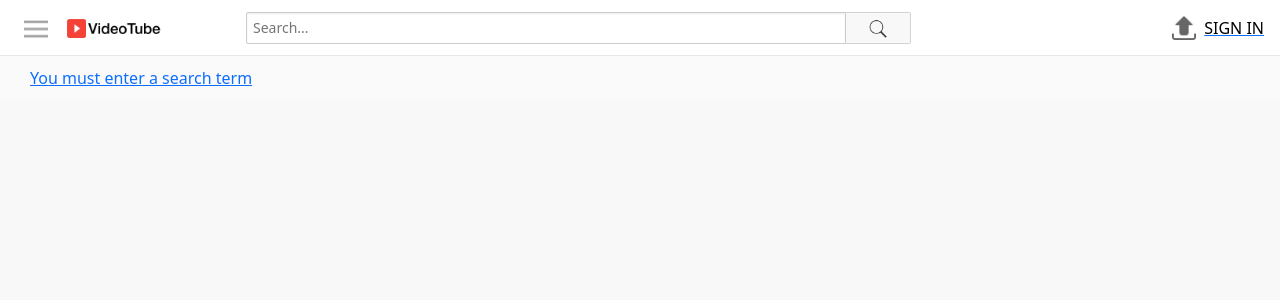
Repository: mohameddtalal/VideoTube
Page: http://localhost/search.php
These files come from the project's save history. The page is drawn as it stood at one moment and after the next save; the edit follows.
The browser window is 1280 px wide. The pictures show the whole page.
The page is run by PHP 8.4 with error messages shown; the project is at /var/www/html/.

Above is the page before, as saved 2026-04-25 18:01:47.

### search.php
<?php
require_once("includes/header.php");
require_once("includes/classes/SearchResultsProvider.php");

if(!isset($_GET["term"]) || $_GET["term"]==""){
    echo "You must enter a search term";
    exit();
}

$term=$_GET["term"];

if(!isset($_GET["orderBy"]) || $_GET["orderBy"]=="views"){
    $orderBy="views";
}
else{
    $orderBy="uploadDate";
}

$searchResultsProvider= new SearchResultsProvider($con ,$userLoggedInObj);
$videos= $searchResultsProvider->getVideos($term,$orderBy);

$videoGrid= new VideoGrid($con ,$userLoggedInObj);
?>

<div class="largeVideoGridContainer">
<?php

if(sizeof($videos)>0){
    echo $videoGrid ->createLarge($videos,sizeof($videos) . " results found" ,true);
}else{
    echo "No results found";
}



?>



</div>


















<?php
require_once("includes/footer.php")
?>

### includes/header.php
<?php require_once("includes/config.php");
require_once("includes/classes/Video.php");
require_once("includes/classes/User.php");
require_once("includes/classes/VideoGrid.php");
require_once("includes/classes/ButtonProvider.php");
require_once("includes/classes/VideoGridItem.php");
require_once("includes/classes/SubscriptionsProvider.php");



$usernameLoggedIn = User::isLoggedIn() ? $_SESSION["userLoggedIn"] : "";
$userLoggedInObj = new User($con, $usernameLoggedIn);


?>

<!DOCTYPE html>
<html>
    <head>
        <title>VideoTube</title>
        <link href="https://cdn.jsdelivr.net/npm/bootstrap@5.3.8/dist/css/bootstrap.min.css" rel="stylesheet" integrity="sha384-sRIl4kxILFvY47J16cr9ZwB07vP4J8+LH7qKQnuqkuIAvNWLzeN8tE5YBujZqJLB" crossorigin="anonymous">
        <link rel="stylesheet" type="text/css" href="assets/css/style.css">
        <script src="https://ajax.googleapis.com/ajax/libs/jquery/3.7.1/jquery.min.js"></script>
        <script src="https://cdn.jsdelivr.net/npm/@popperjs/core@2.11.8/dist/umd/popper.min.js" integrity="sha384-I7E8VVD/ismYTF4hNIPjVp/Zjvgyol6VFvRkX/vR+Vc4jQkC+hVqc2pM8ODewa9r" crossorigin="anonymous"></script>
        <script src="https://cdn.jsdelivr.net/npm/bootstrap@5.3.8/dist/js/bootstrap.min.js" integrity="sha384-G/EV+4j2dNv+tEPo3++6LCgdCROaejBqfUeNjuKAiuXbjrxilcCdDz6ZAVfHWe1Y" crossorigin="anonymous"></script>
        <script src="assets/js/commonActions.js"></script>
        <script src="assets/js/userActions.js"></script>
    </head>
    <body>
    <div id="pageContainer">

        <div id="mastHeadContainer">
            <button class="navShowHide">
                <img src="assets/images/icons/menu.png" >
            </button>
            <a class="logoContainer" href="index.php">
                <img src="assets/images/icons/VideoTubeLogo.png" title="logo" alt="Site logo">
            </a>
            <div class="searchBarContainer">
                <form action="search.php" method="GET">
                    <input type="text" class="searchBar" name="term" placeholder="Search...">
                    <button class="searchButton">
                        <img src="assets/images/icons/search.png">
                    </button>
                </form>
            </div>
            <div class="rightIcons">
                <a href="upload.php">
                    <img class="upload" src="assets/images/icons/upload.png">
                </a>
                <?php echo ButtonProvider::createUserProfileNavigationButton($con,$userLoggedInObj->getUsername());?>
            </div>
        </div>
        <div id="sideNavContainer" style="display: none;">

        </div>
        <div id="mainSectionContainer">
            <div id="mainContentContainer">

### includes/config.php
<?php
ob_start();    //turns on output buffering
session_start();

date_default_timezone_set("Africa/Cairo");
try{
    $con = new PDO("mysql:dbname=vediotube;host=localhost","root","");
    $con->setAttribute(PDO::ATTR_ERRMODE, PDO::ERRMODE_WARNING);
}
catch(PDOException $e){
    echo "Connection failed: " . $e->getMessage();
}


?>

### includes/classes/User.php
<?php
class User{

    private $con, $sqlData;

    public function __construct($con, $username){
        $this->con = $con;

        if(empty($username)) {
            $this->sqlData = [];
            return;
        }

        $query = $this->con->prepare("SELECT * FROM users WHERE username=:username");
        $query->bindParam(":username", $username);
        $query->execute();

        $result = $query->fetch(PDO::FETCH_ASSOC);
        $this->sqlData = $result ? $result : [];
    }

   public static function isLoggedIn() {
        return isset($_SESSION["userLoggedIn"]);
    }

   public function getUsername() {
        return $this->sqlData["username"] ?? null;
    }

    public function getFirstName(){
        return $this->sqlData["firstName"] ?? null;
    }

    public function getLastName(){
        return $this->sqlData["lastName"] ?? null;
    }

    public function getName(){
        return ($this->sqlData["firstName"] ?? "") . " " . ($this->sqlData["lastName"] ?? "");
    }

    public function getEmail(){
        return $this->sqlData["email"] ?? null;
    }

    public function getProfilePic(){
        return $this->sqlData["profilePic"] ?? null;
    }

    public function getSignUpDate(){
        return $this->sqlData["signUpDate"] ?? null;
    }
    public function isSubscribedTo($userTo){
        $query=$this->con->prepare("SELECT * FROM subscribers WHERE userTo =:userTo AND userFrom=:userFrom");
        $query->bindParam(":userTo" ,$userTo);
        $username=$this->getUsername();
        $query->bindParam(":userFrom" ,$username);
        $query->execute();
        return $query->rowCount ()>0;

    }
     public function getSubscriberCount(){
        $query=$this->con->prepare("SELECT * FROM subscribers WHERE userTo =:userTo ");
        $username=$this->getUsername();
        $query->bindParam(":userTo" ,$username);
        $query->execute();
        return $query->rowCount();

    }

    public function getSubscriptions(){
        $query=$this->con->prepare("SELECT userTo FROM subscribers WHERE userFrom=:userFrom");

        $username=$this->getUsername();
        $query->bindParam(":userFrom" ,$username);
        $query->execute();

        $subs=array();
        while($row=$query->fetch(PDO::FETCH_ASSOC)){
            $user=new User($this->con,$row["userTo"]);
            array_push($subs,$user);
        }
        return $subs;
    }
}
?>

### includes/classes/VideoGrid.php
<?php
class VideoGrid{

private $con,$userLoggedInObj;
private $largeMode=false;
private $gridClass="videoGrid";

public function __construct($con,$userLoggedInObj){
    $this->con=$con;
    $this->userLoggedInObj=$userLoggedInObj;

    }

public function create($videos,$title,$showFilter){

        if($videos==null){
            $gridItems=$this->genrateItems();
        }else{
             $gridItems=$this->generateItemsFromVideos($videos);

        }

        $header="";
        if($title !=null){
            $header =$this->createGridHeader($title,$showFilter);
        }

        return "$header
        <div class='$this->gridClass'>
                $gridItems

        </div>";
  }

  public function genrateItems(){
    $query=$this->con->prepare("SELECT * FROM videos ORDER BY RAND() LIMIT 15");
    $query->execute();

    $elementsHtml="";
    while($row =$query->fetch(PDO::FETCH_ASSOC)){
        $video =new Video($this->con,$row,$this->userLoggedInObj);
        $item=new VideoGridItem($video, $this->largeMode);
        $elementsHtml .=$item->create();
    }
    return $elementsHtml;

  }

 public function generateItemsFromVideos($videos){
    $elementsHtml="";
    foreach($videos as $video){
        $item= new VideoGridItem($video,$this->largeMode);
        $elementsHtml .= $item->create();
    }
    return $elementsHtml;
  }

  public function createGridHeader($title,$showFilter){
    $filter="";
    if($showFilter){
        $link="http://$_SERVER[HTTP_HOST]$_SERVER[REQUEST_URI]";

        $urlArray=parse_url($link);
        $query=$urlArray["query"];

        parse_str($query,$params);
        unset($params["orderBy"]);

        $newQuery=http_build_query($params);

        $newUrl =basename($_SERVER["PHP_SELF"])."?".$newQuery;

        $filter="<div class='right'>
                    <span>Order by:</span>
                    <a href='$newUrl&orderBy=uploadDate'>Upload date</a>
                    <a href='$newUrl&orderBy=views'>Most viewed</a>
                 </div>";
    }

    return "<div class='videoGridHeader'>
                <div class='left'>
                $title
                </div>
                $filter
            </div>";

  }

  public function createLarge($videos,$title,$showFilter){
    $this->gridClass .=" large";
    $this->largeMode =true;
    return $this->create($videos,$title,$showFilter);

  }
}


?>

### includes/classes/ButtonProvider.php
<?php
class ButtonProvider {

    public static $signInFunction = "notSignedIn()";

    public  static function createLink($link) {
        return User::isLoggedIn() ? $link :ButtonProvider::$signInFunction;
    }

    public static function createButton($text, $imageSrc, $action, $class) {

        $image=($imageSrc==null)? "": "<img src='$imageSrc'>";
        $action=ButtonProvider::createLink($action); //change action if user is not logged in
        //change action if needed
        return "<button class='$class' onclick='$action'>
                    $image
                    <span class='text'>$text</span>

                </button>";
    }
    public static function createHyperLinkButton($text, $imageSrc, $href, $class) {

        $image=($imageSrc==null)? "": "<img src='$imageSrc'>";

        return "<a href='$href'>
                <button class='$class'>
                    $image
                    <span class='text'>$text</span>

                </button>
                </a>";
    }
     public static function createUserProfileButton ($con,$username) {
    $userObj= new User($con,$username);
    $profilePic = $userObj -> getProfilePic();
    $link ="profile.php?username=$username";
    return "<a href='$link'>
              <img src='$profilePic' class='profilePicture'>

             </a>";

    }
    public static function createEditVideoButton($videoId){
        $href="editVideo.php?videoId=$videoId";
        $button=ButtonProvider::createHyperLinkButton("EDIT VIDEO" , null ,$href , "edit button");
        return "<div class='editVideoButtonContainer'>
                $button
       </div> ";
    }

    public static function createSubscriberButton($con,$userToObj,$userLoggedInObj){
        $userTo= $userToObj->getUsername();
        $userLoggedIn = $userLoggedInObj->getUsername();
        $isSubscribedTo=$userLoggedInObj->isSubscribedTo($userTo);
        $buttonText = $isSubscribedTo ? "SUBSCRIBED" : "SUBSCRIBE ";
        $buttonText .=" " . $userToObj->getSubscriberCount();

        $buttonClass = $isSubscribedTo? "unsubscribe button" : "subscribe button";
        $action = "subscribe(\"$userTo\",\"$userLoggedIn\",this)";

        $button = ButtonProvider :: createButton($buttonText , null ,$action,$buttonClass);
        return "<div class = 'subscribeButtonContainer'>

            $button
        </div>";
    }

    public static function createUserProfileNavigationButton($con,$username){
        if(User::isLoggedIn()){
            return ButtonProvider::createUserProfileButton($con,$username);
        }
        else{
            return "<a href='signIn.php'>
            <span class='signInLink'>SIGN IN </span>
            </div>";
        }

    }

}




?>

### includes/classes/VideoGridItem.php
<?php

class VideoGridItem{
    private $video,$largeMode;

    public function __construct($video,$largeMode)
    {
        $this->video=$video;
        $this->largeMode=$largeMode;

    }

    public function create(){
        $thumbnail=$this->createThumbnail();
        $details=$this->createDetails();
        $url="watch.php?id=" .$this->video->getId();

        return "<a href ='$url'>
                    <div class='videoGridItem'>
                    $thumbnail
                    $details
                    </div>
                </a>";
    }

    private function createThumbnail(){
        $thumbnail=$this->video->getThumbnail();
        $duration=$this->video->getduration();

        return "<div class='thumbnail'>
                <img src='$thumbnail'>
                 <div class='duration'>
                    <span>$duration</span>
                 </div>
        </div>";
    }

    private function createDetails(){
        $title=$this->video->getTitle();
        $username=$this->video->getUploadedBy();
        $views=$this->video->getViews();
        $description=$this->createDescreiption();
        $timestamp=$this->video->getTimeStamp();

        return "<div class='details'>
                    <h3 class='title'>$title</h3>
                    <span class='username'>$username</span>
                        <div class='stats'>
                            <span class='viewCount'>$views views- </span>
                            <span class='timeStamp'>$timestamp </span>
                        </div>
                        $description
        </div>";
    }

    private function createDescreiption(){
        if(!$this->largeMode){
            return "";

        }
        else{
            $description=$this->video->getDescription();
            $description=(strlen($description)>350) ? substr($description , 0 , 347) . "..." : $description;
            return "<span class='description'> $description </span>";

        }
    }


}




?>

### includes/classes/SubscriptionsProvider.php
<?php
class SubscriptionsProvider{

    private $con,$userLoggedInObj;
    public function __construct($con,$userLoggedInObj){
        $this->con=$con;
        $this->userLoggedInObj=$userLoggedInObj;
    }

    public function getVideos(){
        $videos=array();
        $subscriptions=$this->userLoggedInObj->getSubscriptions();

        if(sizeof($subscriptions)>0){
            //user1,user2,user3
            $condition="";
            $i=0;

            while($i<sizeof($subscriptions)){
                if($i==0){
                    $condition .= "WHERE uploadedBy=?";

                }
                else{
                    $condition .= " OR uploadedBy=?";
                }
                $i++;
            }

            $videoSql="SELECT * FROM videos $condition ORDER BY uploadDate DESC";
            $videoQuery=$this->con->prepare($videoSql);
            $i=1;
            foreach($subscriptions as $sub){
                $subUsername=$sub->getUsername();
                $videoQuery->bindValue($i,$subUsername);
                $i++;
            }
             $videoQuery->execute();
             while($row= $videoQuery->fetch(PDO::FETCH_ASSOC)){
                $video = new Video($this->con ,$row,$this->userLoggedInObj);
                array_push($videos,$video);
             }

        }
        return $videos;
    }
}


?>

### includes/classes/SearchResultsProvider.php
<?php
class SearchResultsProvider{
    private $con,$userLoggedInObj;

    public function __construct($con,$userLoggedInObj){
        $this->con=$con;
        $this->userLoggedInObj=$userLoggedInObj;
    }
    public function getVideos($term ,$orderBy){
            $query=$this->con->prepare("SELECT * FROM videos WHERE title LIKE CONCAT('%',:term,'%')
                                            OR uploadedBy LIKE CONCAT('%',:term,'%') ORDER BY $orderBy DESC");
            $query->bindParam(":term" ,$term);
            $query->execute();

            $videos=array();
            while($row =$query->fetch(PDO::FETCH_ASSOC)){
                $video= new Video($this->con ,$row ,$this->userLoggedInObj);
                array_push($videos,$video);
            }
            return $videos;

    }
}

?>

### assets/css/style.css

html,body{
    height:100%;
    padding:0;
    margin:0;
    background-color: #f8f8f8;
}
a:hover{
    text-decoration: none;
}

#pagecontainer{
    height:100%;
    width:100%;
    background-color:#fafafa
}
#mastHeadContainer{
    width:100%;
    height:56px;
    padding:7px 16px;
    top:0;
    left: 0;
    position: fixed;
    box-sizing: border-box;
    border-bottom: 1px solid #e8e8e8;
    background-color: #fff;
    z-index: 1;
    display:flex;
    align-items: center;

}
#mastHeadContainer button:not(.searchButton),
#mastHeadContainer .rightIcons img{
   cursor: pointer;
   width:40px;
   height:40px;
   padding:8px;
   box-sizing: border-box;
   border: none;
   background-color: transparent;

}
#mastHeadContainer .rightIcons{
    height:100%;
    display:flex;
    align-items: center;
}
#mastHeadContainer button img{
    width:100%;

}

#mastHeadContainer .logoContainer{
    width:150px;
}
#mastHeadContainer .logoContainer img{

    height:25px;
    margin-left:8px;

}
#mastHeadContainer .searchBarContainer{
  margin:0 40px;
    flex:1;
    display:flex;
}
#mastHeadContainer .searchBarContainer form{
  flex:1;
  display:flex;
}
#mastHeadContainer .searchBarContainer .searchBar{
    flex: 1;
    max-width: 600px;
    color:#111;
    padding:2px 6px;
    font-size: 14px;
    font-weight: 100;
    border:1px solid #ccc;
    border-radius: 2px 0 0 2px;
    height: 32px;
    box-shadow: #eee 0px 1px 2px 0px inset;
}
#mastHeadContainer .searchBarContainer .searchButton{
    width:65px;
    height:32px;
    border-radius: 0 2px 2px 0;
    background-color: #f8f8f8;
    border:1px solid #d3d3d3;
    border-left: none;
    cursor:pointer;
}
#mastHeadContainer .searchBarContainer .searchButton img{
    width: 20px;
    height:20px;
}

#sideNavContainer{
    width:240px;
    height:100%;
    background-color:#f5f5f5;
    padding-top:56px;
    position:fixed;
    top:0;
    bottom: 0;
    display: flex;
    flex-direction: column;
}
#mainSectionContainer{

    padding-top:56px;
    display:flex;

}
#mainSectionContainer.leftPadding{
    padding-left:240px;

}

#mainContentContainer{
    display:flex;
    flex:1;
    padding:10px 30px;
    background-color: #fafafa;
    box-sizing: border-box;
}
.column{
    flex-grow:1;
    background-color:#fff;
    min-height: 300px;
    padding:20px;
    box-shadow: rgba(0, 0, 0, 0.1) 0px 1px 2px;

}

.signInContainer{
    background-color: #efefee;
    display:flex;
    align-items: center;
    justify-content: center;
    height:100vh;
}

.signInContainer .column .header img{
    width:100px;
}

.signInContainer .column{
    flex-grow: 0;
    width:450px;
    padding: 20px 35px;
    max-height: 100%;
    overflow-y: auto;


}

.signInContainer .column .header{
    display:flex;
    justify-content: center;
   padding: 20px 0;
   flex-direction: column;
}

.signInContainer .column .header h3{
    font-size: 24px;
    font-weight: 400;
    line-height: 32px;
    margin: 0;
    padding-bottom: 0;
    padding-top: 16px;
}

.signInContainer .column .header span{
    font-size: 14px;

}
.signInContainer .column .loginForm{
    padding-top: 24px;
}

.signInContainer .column form{
    display:flex;
    flex-direction: column;

}


.signInContainer .column form input[type="text"],
.signInContainer .column form input[type="email"],
.signInContainer .column form input[type="password"] {
    margin:10px 0;
    font-size: 14px;
    border:none;
    border-bottom: 1px solid #dedede;
}

.signInContainer .column form input[type="submit"]{
    background: #4285f4;
    color:#fff;
    height:36px;
    width:88px;
    font-size: 14px;
    border:none;
    border-radius: 3px;
    font-weight: 500;
    margin-top: 10px;
    margin-bottom: 20px;
    cursor: pointer;
}

.signInContainer .column .signInMessage{
    font-size: 14px;
    font-weight: 400;
    color:#212529;
    text-align: center;

}

.errorMessage{
    color: #f00;
    font-size: 14px;
    font-weight: 400;
    margin: 0;
    padding: 0;
    text-align: center;
    margin-top: 10px;
}

.watchLeftColumn{
    flex:1;

}

.watchLeftColumn .videoPlayer{
    width:100%;
  max-height: 500px;
}

.suggestions{
    max-width: 425px;
    flex-grow: 1;
    height: 100%;
    padding-left:24px;
}
.videoInfo{
    width:100%;
    padding: 20px 0 8px 0;

}

.videoInfo h1{
    display: block;
    overflow: hidden;
    font-size: 18px;
    font-weight: 400;
    line-height: 24px;

}

.videoInfo .bottomSection{
    display:flex;
    align-items: center;
    margin-top: 8px;
}
.videoInfo .bottomSection .viewCount{
    font-size: 16px;
    color:rgba(17, 17, 17, 0.6);
    flex:1;


}

.videoInfo .bottomSection .controls{
    flex:1;
    text-align: right;


}

.videoInfo .bottomSection .controls button{
   padding: 0;
   background-color: transparent;
   border:none;
   color:rgba(17, 17, 17, 0.4);
   font-size: 13px;
   font-weight: 500;
   cursor: pointer;

}

.videoInfo .bottomSection .controls button img{
    width: 20px;
    height: 20px;
    margin: 4px 8px 8px 8px;
}

.secondaryInfo .topRow {
    display:flex;
    margin-bottom:12px;
}

.profilePicture{
  height:100%;

}

.secondaryInfo .topRow .profilePicture{
    margin-right: 16px;
    width:48px;
    height:48px;
    border-radius: 50%;

}

.secondaryInfo .topRow .uploadInfo{
    flex:1;
    display: flex;
    flex-direction: column;
    margin-right: 10px;
}
.secondaryInfo .topRow .uploadInfo .date{
 color:rgba(17, 17, 17, 0.6);
 font-size: 13px;
 font-weight: 400;

}

.secondaryInfo .descriptionContainer{
    margin-left: 64px;
    max-width: 615px;
    font-size: 14px;
    font-weight: 400;
    line-height: 21px;
}

.secondaryInfo{
    border-bottom: 1px solid #dedede;
    padding-bottom: 20px;
    margin-bottom: 20px;

}

.secondaryInfo .topRow .button{
padding : 6px 15px;
cursor:pointer;
font-weight: 500;
border-radius: 2px;
border:none;
font-size: 14px;

}


.secondaryInfo .topRow .subscribeButtonContainer ,
.secondaryInfo .topRow .editVideoButtonContainer {
display: flex;
flex-direction: column;
justify-content: center;


}

.subscribeButtonContainer .subscribe{
background-color: #f00;
color:#fff;

}


.subscribeButtonContainer .unsubscribe{
background-color: #eee;
color:rgba(17, 17, 17, 0.6);

}

.editVideoButtonContainer .edit{
background-color: #2692e6;
color:#fff;
}

.secondaryInfo .topRow .uploadInfo .owner a{
    font-size: 14px;
    font-weight: 500;
    color: #000;
    display: contents;
}

 .commentSection .header{
    margin-top: 20px;
    margin-bottom: 32px;
    display:flex;
    flex-direction: column;

}

 .commentSection .header .commentForm .profilePicture ,
 .commentSection .comment .profilePicture,
 .commentForm .profilePicture {
    margin-right: 16px;
    width:48px;
    height:48px;
    border-radius: 50%;

}


.commentSection .header .commentCount{
    margin-bottom: 24px;

}

.commentSection .header .commentForm,
.itemContainer .commentForm{
    display:flex;

}
.commentSection .header .commentForm textarea,
.itemContainer .commentForm textarea{
    flex:1;
    border:none;
    background-color: transparent;
    font-size: 14px;
    color: #111;
    resize: none;

}
.itemContainer .commentForm textarea{
    height:30px;

}

.commentSection .header .commentForm .postComment,
.itemContainer .commentForm .postComment,
.itemContainer .commentForm .cancelComment{
    height: 36px;
    background-color: #2692e6;
    color:#fff;
    border:none;
    padding: 0 15px;
    border-radius: 2px;
    font-weight: 500px;
}

.itemContainer .commentForm .cancelComment{
    background-color: transparent;
    color:rgba(17, 17, 17, 0.6);

}

.itemContainer .commentForm .cancelComment:hover{
color:#000
}

.commentSection .itemContainer{
    margin-bottom: 16px;
}

.commentSection .comment{
    display: flex;
}


.commentSection .commentHeader{
    margin-bottom: 2px;
}

.commentSection .comment .username{
    margin-right: 8px;
    color:#111;
    font-size: 13px;
    font-weight: 500;
}
.commentSection .comment .body{
    font-size: 14px;
    font-weight: 400;
    line-height: 20px;
}

.itemContainer .controls{
margin-left: 64px;
}

.itemContainer .controls button,
.itemContainer .controls .likesCount{
    height: 32px;
    background-color: transparent;
    border: none;
    font-size: 13px;
    font-weight: 500;
    color:rgba(17, 17, 17, 0.6);

}
.itemContainer .controls .button{
    cursor: pointer;

}
.itemContainer .controls .likesCount{
    margin: 0 5px;
}
.itemContainer .controls button img{
    height:16px;

}

.itemContainer .commentForm .profilePicture{
    width:30px;
    height: 30px;
}
.commentSection .comment .timestamp{
    color:#888;
    font-size: 13px;
    font-weight: 400;
    line-height: 18px;
}
.commentSection .commentHeader a{
        display: contents;
}
.hidden{
    display: none !important;
}


.comments .repliesSection{
    padding-left: 64px;
    margin-top: 16px;

}

.commentSection .itemContainer .viewReplies {
    cursor:pointer;
    font-size:14px;
    font-weight: 500;

}

.videoGrid{
    display: flex;
    flex-wrap:wrap;

}

.suggestions .videoGridItem{
    display: flex;
    height:auto;

}
.videoGridItem{
    height:200px;
    margin-right: 4px;
    margin-bottom: 24px;
}
.videoGridItem .thumbnail{
    width:210px;
    height:118px;
    position: relative;
}
.suggestions .videoGridItem .thumbnail{
    margin-right: 8px;

}

.videoGridItem .details{
    padding-right: 24px;
    position: relative;
    cursor: pointer;
    display:flex;
    flex-direction: column;
    width: 210px;

}


.suggestions .videoGridItem .details{
    padding-right: 0px;
    flex:1;


}
.videoGridItem .thumbnail img{
    width:100%;
    height:100%;
}

.videoGridItem .thumbnail .duration{
    bottom:0;
    right:0;
    position: absolute;
    margin:4px;
    color:#fff;
    background-color: rgba(17, 17, 17, 0.8);
    opacity: 0.8;
    padding: 2px 4px;
    border-radius: 2px;
    letter-spacing: 0.5px;
    font-size: 12px;
    font-weight: 500;
    line-height: 12px;

}

.videoGridItem .details .title{
    margin: 8px 0;
    max-height: 32px;
    overflow:hidden;
    font-size: 14px;
    font-weight: 500;
    line-height: 16px;
    color:#212529;

}
.videoGridItem .details .username,
.videoGridItem .details .stats{
    overflow-x:hidden;
    font-size: 13px;
    color:rgba(17, 17, 17, 0.6);
    text-overflow: ellipsis;
    white-space: nowrap;

}

.videoGridHeader{
    display: flex;
    margin:10px 0;
    padding-bottom: 10px;
    border-bottom: 1px solid #e8e8e8;

}

.videoGridHeader div{
    flex: 1;
}

.videoGrid.large{
    flex-direction: column;
    flex:1;
}

.videoGrid.large .videoGridItem{
    height:auto;
    display: flex;
}

.videoGrid.large .videoGridItem .thumbnail{
   width:266px;
   height:138px;
   margin-right: 16px;
}
.videoGrid.large .videoGridItem .details{
    max-width: 600px;

}
.videoGrid.large .videoGridItem .details .title{
    font-size: 18px;
    line-height: 24px;

}

.videoGridItem .details .description{
    color:rgba(17, 17, 17, 0.6);
    font-size: 13px;
    font-weight: 500;
}

.largeVideoGridContainer{
    flex:1;
    display: flex;
    flex-direction: column;
}

.videoGridHeader .right{
    text-align: right;
}

.videoGridHeader a{
    color:rgba(17, 17, 17, 0.6);

}

.videoGridHeader a:after{
    content: ' | ';
}
.videoGridHeader a:last-child:after{
    content: '';
}

.signInLink{
    color:#000;
}

Loaded but not shown: assets/js/userActions.js (19 lines, source omitted); assets/js/commonActions.js (17 lines, source omitted); includes/classes/Video.php (239 lines, source omitted)

After the next save:
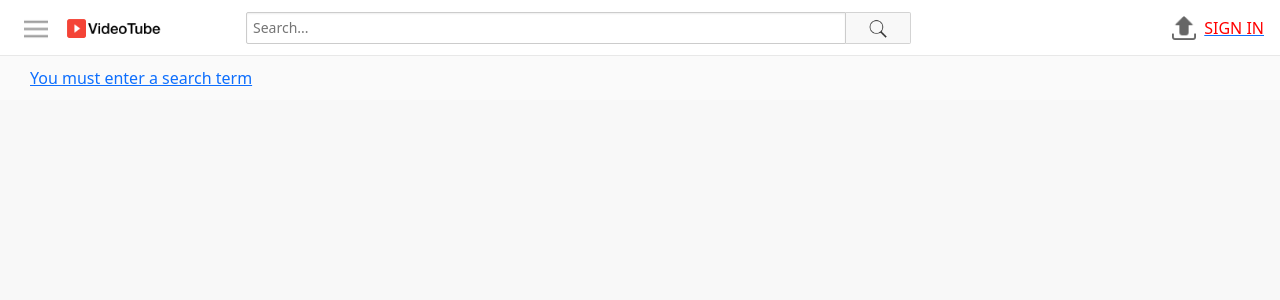
Saved 7 s later.
--- a/assets/css/style.css
+++ b/assets/css/style.css
@@ -684,5 +684,6 @@
 }
 
 .signInLink{
-    color:#000;
-}
+    color:#f00;
+
+}
